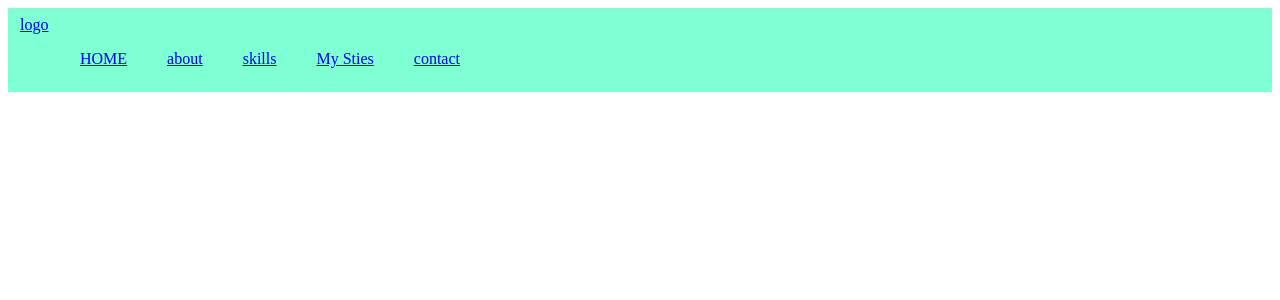
Repository: jun01270/jun
Page: index.html
The author's editor kept a copy of each file at every save. The page is drawn from the files as they stood at one save, then again after the next save.
The browser window is 1280 px wide. The pictures show the whole page.

Above is the page before, as saved 2023-05-08 15:57:59.

After the next save:
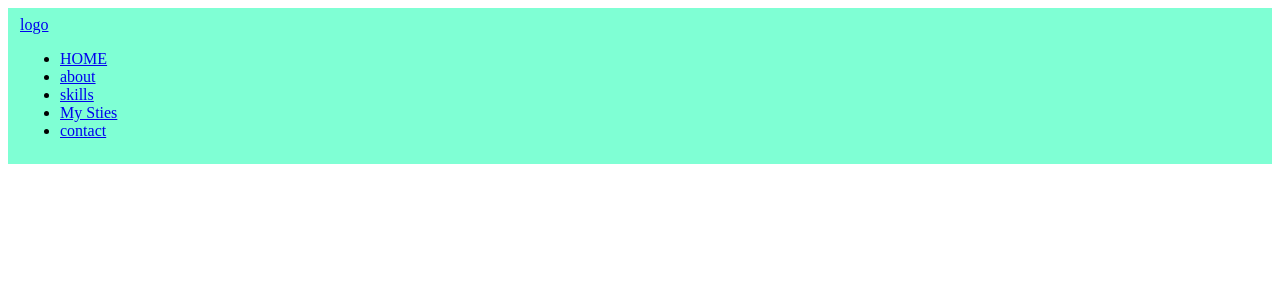
Saved 3 min 53 s later.
--- a/main.css
+++ b/main.css
@@ -9,17 +9,3 @@ html{
     background-color: aquamarine;
     padding: 8px 12px;
 }
-
-.logo{
-    display:inline
-}
-
-.menu-bar{
-    display: flex;
-    list-style: none;
-}
-
-.menu-btn{
-    padding: 20px;
-
-}
